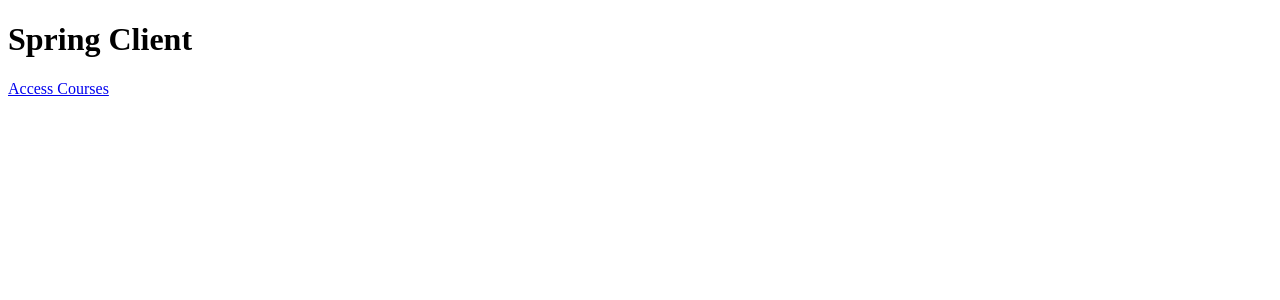
Repository: Divakar321/testing
Page: springclient/src/main/resources/static/index.html
An editor plug-in stored every save of this project. The page is shown before and after the next save, followed by the edit.
The browser window is 1280 px wide. The pictures show the whole page.

Above is the page before, as saved 2023-11-06 10:50:38.

### springclient/src/main/resources/static/index.html
<!DOCTYPE html>
<html>
<head>
    <meta charset="ISO-8859-1">
    <title>Test Client</title>
    <script src="https://ajax.googleapis.com/ajax/libs/jquery/3.6.1/jquery.min.js"></script>
</head>
<body>
    <h1>Spring Client</h1>
    <a href="http://localhost:8888/courses" target="_blank">Access Courses</a>
</body>
</html>

After the next save:
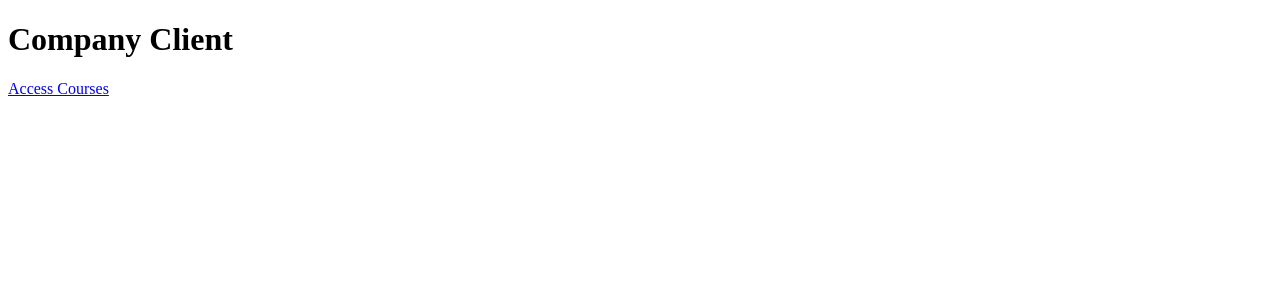
Saved 95 min 32 s later.
--- a/springclient/src/main/resources/static/index.html
+++ b/springclient/src/main/resources/static/index.html
@@ -2,11 +2,11 @@
 <html>
 <head>
     <meta charset="ISO-8859-1">
-    <title>Test Client</title>
+    <title>Test Company</title>
     <script src="https://ajax.googleapis.com/ajax/libs/jquery/3.6.1/jquery.min.js"></script>
 </head>
 <body>
-    <h1>Spring Client</h1>
+    <h1>Company Client</h1>
     <a href="http://localhost:8888/courses" target="_blank">Access Courses</a>
 </body>
 </html>
